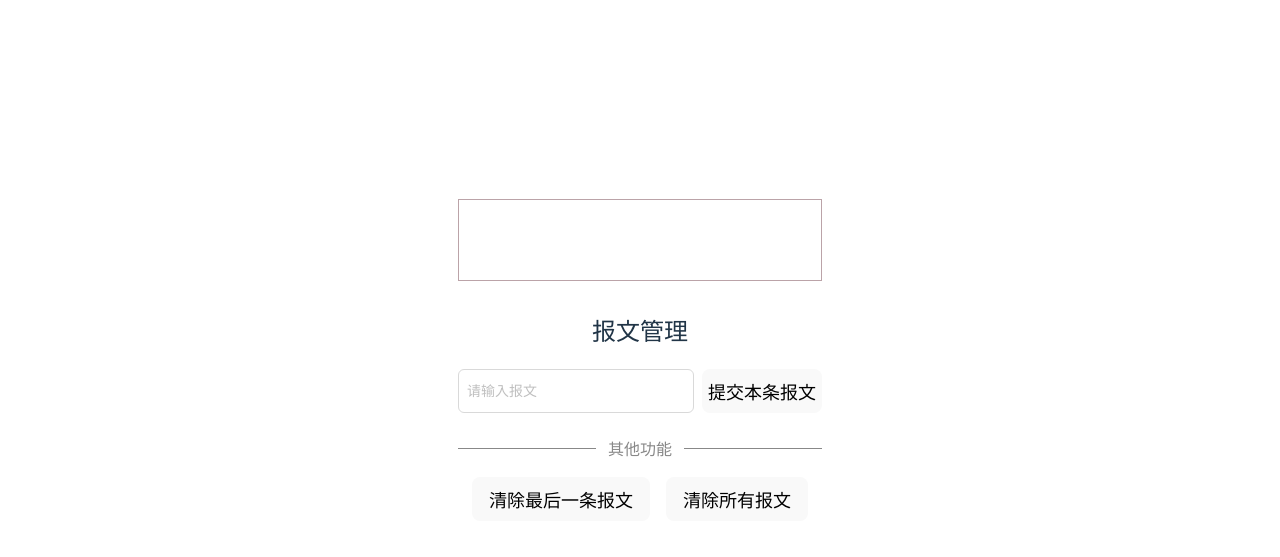
Repository: WUTONK/GoBlogAssignment3
Page: /user/postmodify (app in frontend/)
An editor plug-in stored every save of this project. The page is shown before and after the next save, followed by the edit.
The browser window is 1280 px wide. The pictures show the whole page.
The project was rebuilt for these pictures with package versions that can differ from the ones it lists, and the page was loaded fresh each time. Also part of the build but not shown: frontend/vite.config.ts, frontend/src/api/runtime.ts, frontend/src/api/models/LoginReq.ts, frontend/src/api/models/LoginRsp.ts, frontend/src/api/models/SqlReq.ts, frontend/src/api/models/SqlRsp.ts, frontend/src/api/models/index.ts, frontend/src/api/apis/DefaultApi.ts and 5 more.

Above is the page before, as saved 2025-07-27 00:01:07.

After the next save:
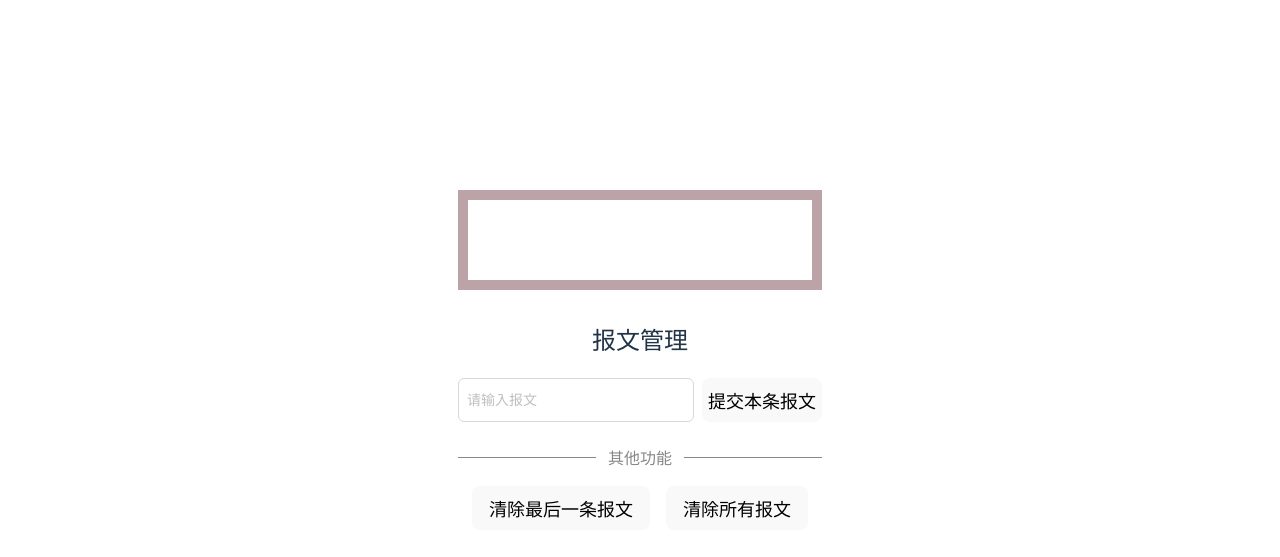
Saved 4 s later.
--- a/frontend/src/PostModifyPage.tsx
+++ b/frontend/src/PostModifyPage.tsx
@@ -15,7 +15,7 @@ function PostModify() {
         style={{
           height: 80,
           marginBottom: 32,
-          border: "1px solid rgb(187, 163, 168)",
+          border: "10px solid rgb(187, 163, 168)",
           borderRadius: 0,
           display: "flex",
           alignItems: "center",
